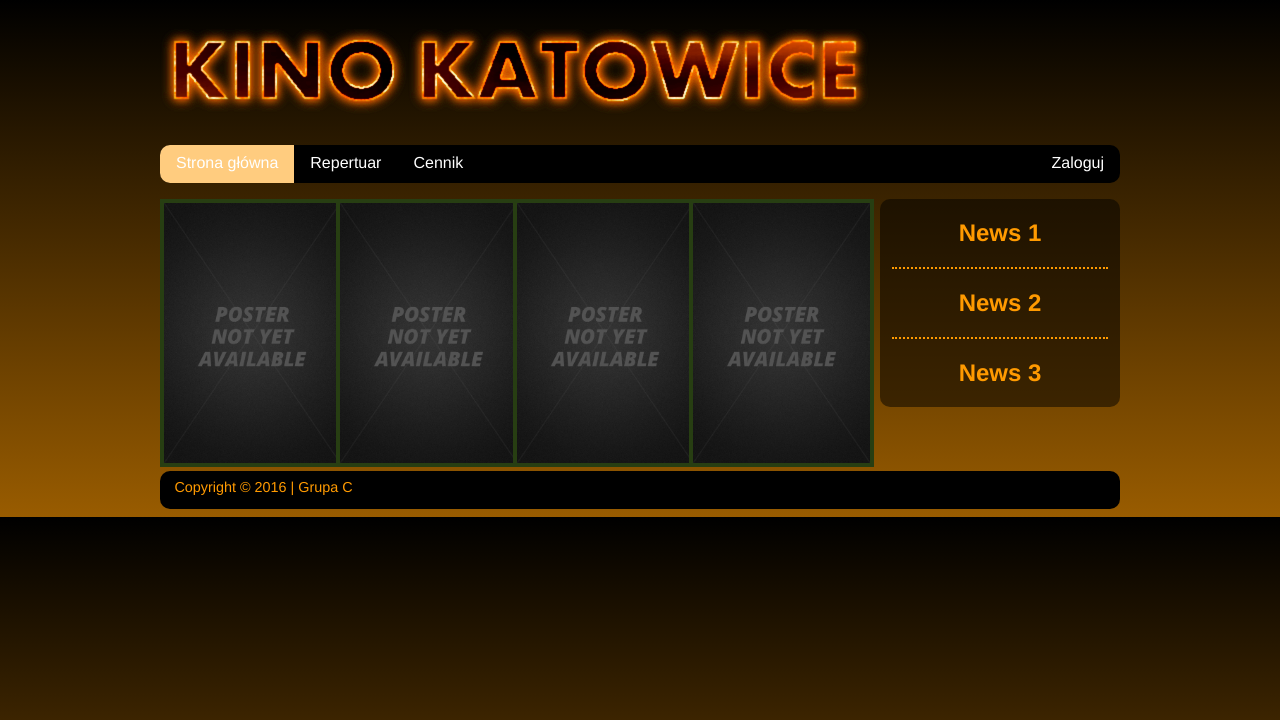
Repository: Gate4/Grupa-C
Page: http://localhost/KinoWebApp/WEB-INF/jsp/welcome.jsp
The author's editor kept a copy of each file at every save. The page is drawn from the files as they stood at one save, then again after the next save.
The browser window is 1280 px wide. The pictures show the whole page.
Some web libraries are served in a nearby version. The page is served by Tomcat 9. Nobody is signed in. Other server files are loaded and not shown. The template is opened directly, without the code that normally fills it, so the values that code supplies are empty.

Above is the page before, as saved 2016-04-21 21:27:24.

### KinoWebApp/WebContent/WEB-INF/jsp/welcome.jsp
<%@page pageEncoding="UTF-8" contentType="text/html; charset=UTF-8"%>
<%@ taglib prefix="spring" uri="http://www.springframework.org/tags"%>
<!DOCTYPE html>
<html>
<head>


<spring:url value="/resources/style.css" var="styleCSS" />
<link href="${styleCSS}" rel="stylesheet" />
<script src="https://ajax.googleapis.com/ajax/libs/jquery/2.1.3/jquery.min.js"></script>
<link href="${styleCSS}" rel="stylesheet" />
<title>Kino</title>
</head>

<body>
<div id="page">
	<header>
		<h1 id="logo">
			<img src="img/logo.png" alt="Najlepsze kino ever">
		</h1>

		<nav class="clear">
			<ul>
				<li><a class="active" href='#'>Strona główna</a></li>
				<li><a href='#'>Repertuar</a></li>
				<li><a href='#'>Cennik</a></li>
				<li><a href='#'>Zaloguj</a></li>
			</ul>
		</nav>
	</header>

	<div id="content" role="main">
		<section class="primary">
			<section class="tile">
				<a href='#'><img src="resources/img/poster4.jpg" alt="Tytuł filmu 1"></a>
			</section>
			<section class="tile">
				<a href='#'><img src="resources/img/poster4.jpg" alt="Tytuł filmu 2"></a>
			</section>
			<section class="tile">
				<a href='#'><img src="resources/img/poster4.jpg" alt="Tytuł filmu 3"></a>
			</section>
			<section class="tile">
				<a href='#'><img src="resources/img/poster4.jpg" alt="Tytuł filmu 4"></a>
			</section>

		</section>

		<aside class="secondary">
			<section>
				<h2>News 1</h2>
				<p>${message}</p>
			</section>
			<hr>
			<section>
				<h2>News 2</h2>
				<p>${message}</p>
			</section>
			<hr>
			<section>
				<h2>News 3</h2>
				<p>${message}</p>
			</section>
		</aside>
	</div>

	<footer class="clear">
		<section class="footer">
			<p>Copyright © 2016 | Grupa C</p>
		</section>
	</footer>
</div>

</body>

</html>

### KinoWebApp/WebContent/resources/style.css
body{
	background: #000000;
	background: linear-gradient(#000000, #995c00);
	color: #FF9A00;
	font-family: Helvetica, Verdana, sans;
}

#page{
	width: 960px;
	margin: 0 auto;
}

#logo, .primary, .tile{
	float: left;
}

#contact, .secondary{
	float: right;
}

.clear{
	clear: both;
}

.primary{
	width: 720px;
}

.secondary{
	border-radius: 10px;
	background-color: #000000;
	background-color: rgba(0,0,0,0.5);
	width: 240px;
}

.secondary p{
	margin-left: 1em;
	text-align: left;
	color: #FFCC7F;
}

.secondary h2{
	text-align: center;
}

.secondary hr{
	border: none;
	border-top: 2px dotted #FF9A00;
	width: 90%;
}

nav ul{
	border-radius: 10px;
	background-color: #000000;
	min-height: 2.4em;
	list-style: none;
	padding: 0;
}

nav ul li{
	display: inline;
	padding: 5px 1em;
}

nav ul li a{
	display: block;
	float: left;
	height: 1.2em;
	padding: 0.6em 1em;
	margin: 0;
	color: #fff;
	text-decoration: none;
}

nav ul li a:hover, a.active{
	background: #FFCC7F;
}

nav ul li:last-child{
	float: right;
	padding: 0;
}

nav ul li:first-child a:hover, nav ul li:first-child a.active{
	border-radius: 10px 0 0 10px;
}

nav ul li:last-child a:hover, nav ul li:last-child a.active{
	border-radius: 0 10px 10px 0;
}


.hidden{
	display: none;
}

.tile{
	width: 24.5%;
}

.tile img{
	border-style: solid;
    border-width: 4px;
    border-color: #273e12;
	width: 100%;
}

.tile img:hover{
	border-style: solid;
    border-width: 4px;
    border-color: #ffb13b;
	width: 100%;
}

.footer{
	border-radius: 10px;
	background-color: #000000;
	min-height: 2.4em;
	padding: 0 0px 0 0;
}

.footer p{
	font-size: 0.9em;
	padding: 0.6em 1em;
}

After the next save:
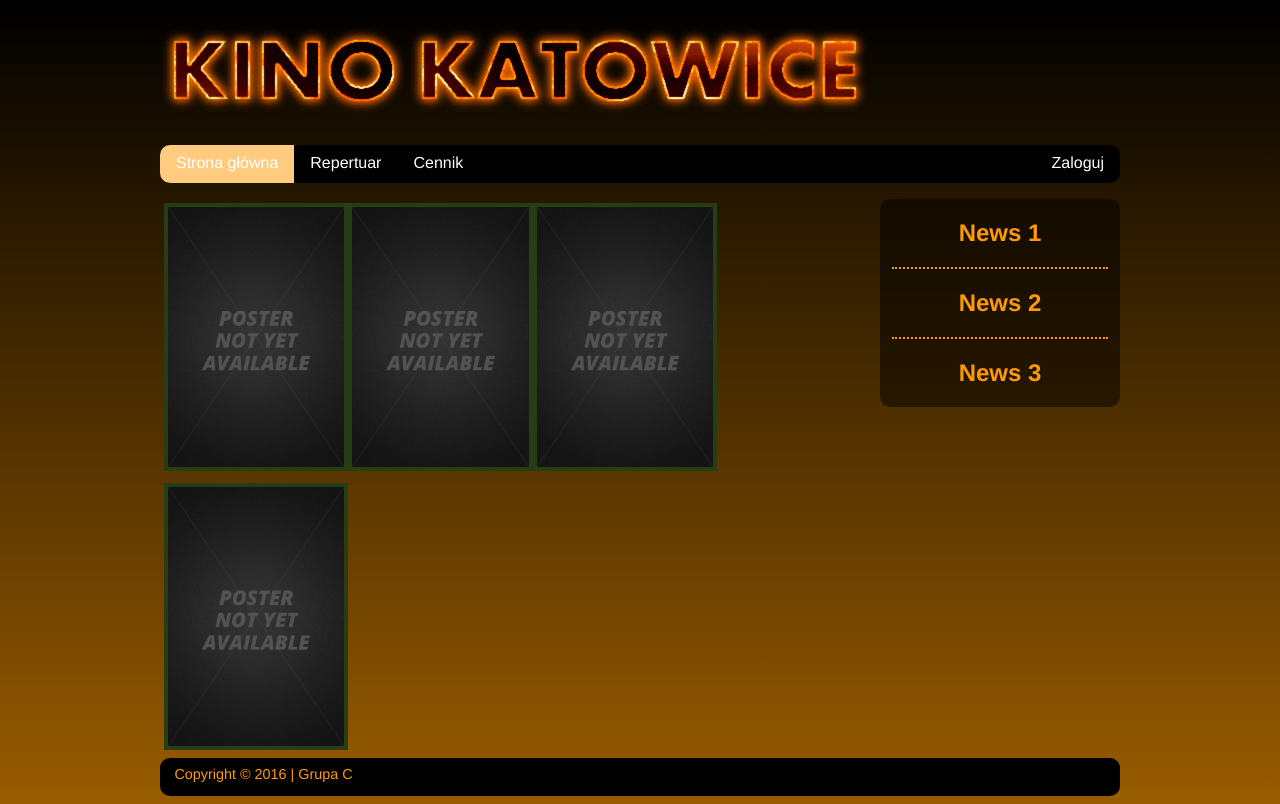
Saved 36 s later.
--- a/KinoWebApp/WebContent/resources/style.css
+++ b/KinoWebApp/WebContent/resources/style.css
@@ -96,6 +96,7 @@ nav ul li:last-child a:hover, nav ul li:last-child a.active{
 
 .tile{
 	width: 24.5%;
+	padding: 4px 4px 4px 4px;
 }
 
 .tile img{
